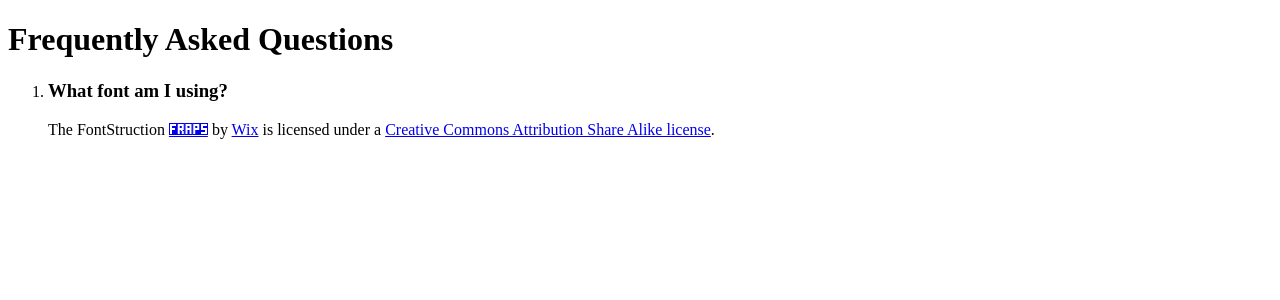
Repository: aliendetonator/fake-fraps-counter
Page: faq.html
The author's editor kept a copy of each file at every save. The page is drawn from the files as they stood at one save, then again after the next save.
The browser window is 1280 px wide. The pictures show the whole page.

Above is the page before, as saved 2023-08-31 04:15:29.

After the next save:
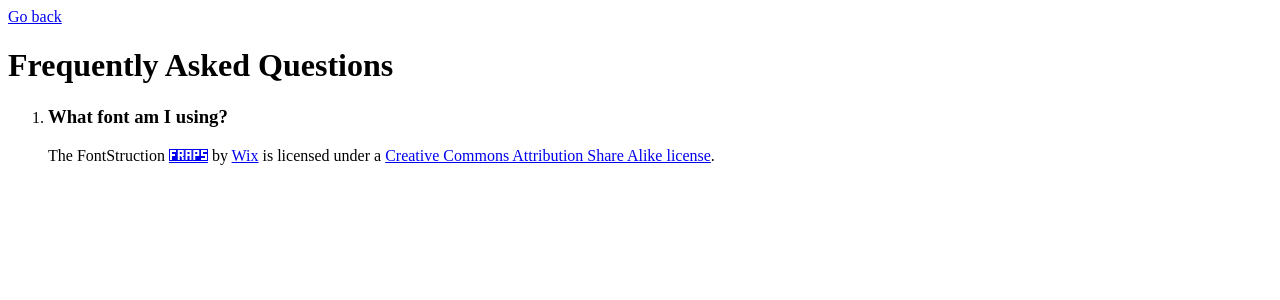
Saved 36 s later.
--- a/faq.html
+++ b/faq.html
@@ -7,6 +7,7 @@
     <title>Document</title>
 </head>
 <body>
+    <a href="index.html">Go back</a>
     <h1>Frequently Asked Questions</h1>
     <ol>
         <li>
